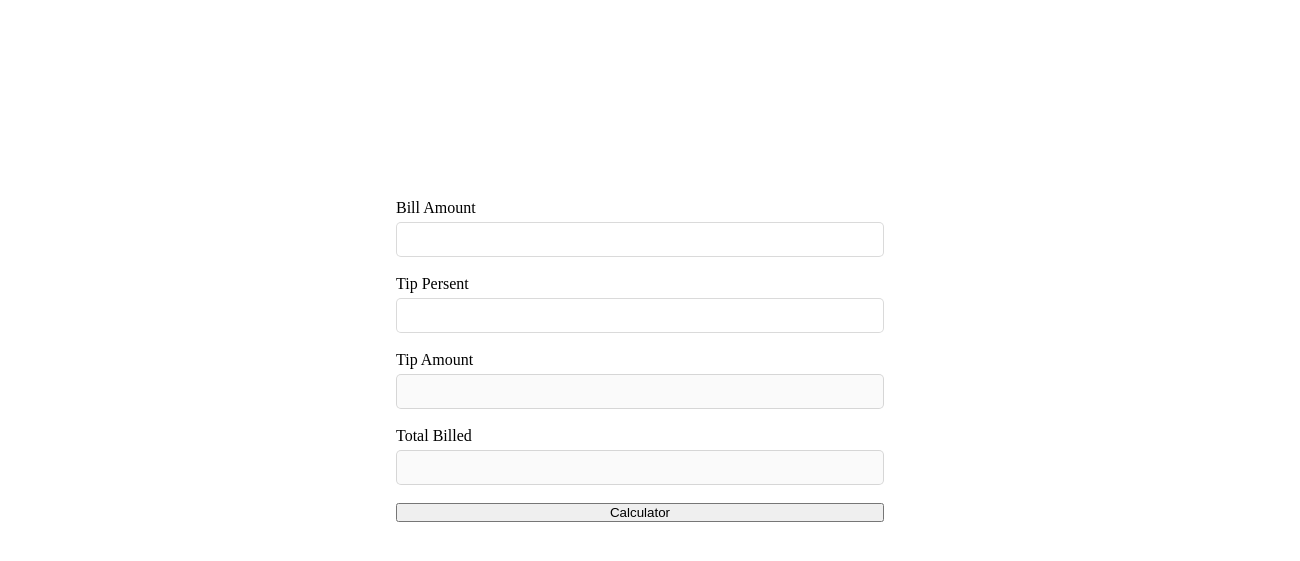
Repository: ZainAkbar51214/Tip-Calculator
Page: index.html
The author's editor kept a copy of each file at every save. The page is drawn from the files as they stood at one save, then again after the next save.
The browser window is 1280 px wide. The page is 1300 px wide, so the pictures cover 1300 px, including what lies to the right of the window. The pictures show the whole page.
The style sheet was rebuilt from its Sass, Less or Tailwind sources for each picture, by a compiler version that may differ from the author's.

Above is the page before, as saved 2024-03-25 10:11:00.

### index.html
<!DOCTYPE html>
<html lang="en">

<head>
    <meta charset="UTF-8">
    <meta name="viewport" content="width=device-width, initial-scale=1.0">
    <title>Tip Calculator</title>
    <!-- css custom link -->
    <link rel="stylesheet" href="css/style.css">
</head>

<body>
    <div class="container">
        <div class="row">
            <div class="col">
                <div class="calculator">
                    <label>Bill Amount</label>
                    <input type="text" name="" id="tip_amount">
                    <br>
                    <label>Tip Persent</label>
                    <input type="text" name="" id="tip_persent">
                    <br>
                    <label>Tip Amount</label>
                    <input type="text" name="" id="tip_total" disabled>
                    <br>
                    <label>Total Billed</label>
                    <input type="text" name="" id="total_billed" disabled>
                    <br>
                    <button class="btn" onclick="tipCalculate()">Calculator</button>
                </div>
            </div>
        </div>
    </div>
</body>

</html>

### css/style.scss
* {
    margin: 0;
    padding: 0;
    box-sizing: border-box;
}

.container {
    width: 100%;
    max-width: 1350px;
    margin: auto;

    .row {
        display: flex;
        flex-wrap: wrap;
        margin-left: -20px;
        margin-right: -20px;
        height: 100vh;

        .col {
            flex: 0 0 40%;
            margin: auto;
            padding: 20px;

            .calculator {
                display: flex;
                flex-direction: column;

                label {
                    margin-bottom: 5px;
                }

                input {
                    height: 35px;
                    border-radius: 5px;
                    border: 1px solid #00000025;
                    padding: 0 10px;


                    &:focus {
                        border: 1px solid #00000025 !important;
                        outline: none;
                    }
                }
            }
        }
    }
}

After the next save:
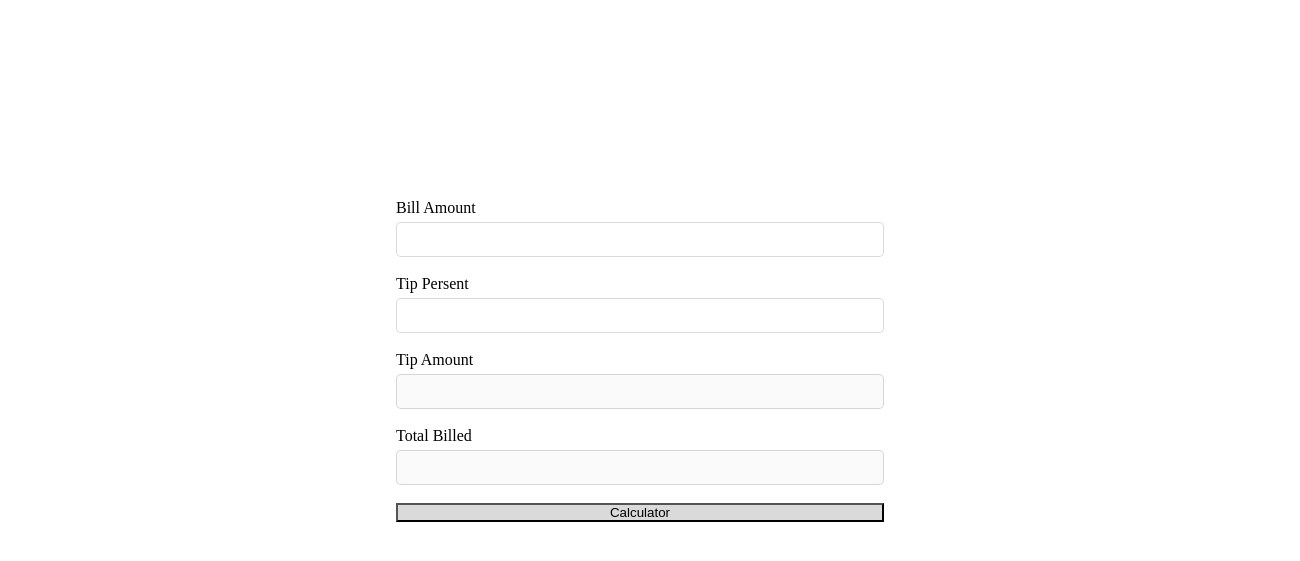
Saved 60 s later.
--- a/css/style.scss
+++ b/css/style.scss
@@ -41,6 +41,10 @@
                         outline: none;
                     }
                 }
+
+                button{
+                    background-color: #00000025;
+                }
             }
         }
     }
